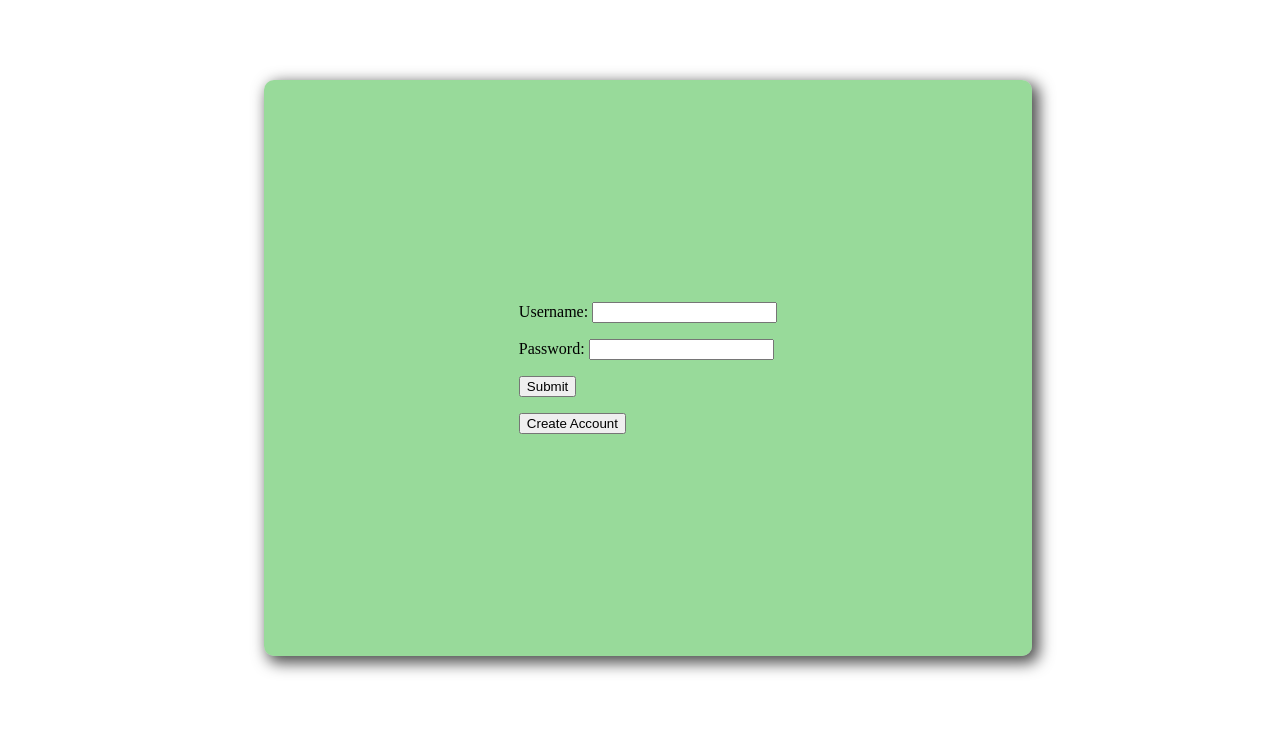
Repository: Jtho28/4830-group-project
Page: Esports-webproj/src/main/webapp/WEB-INF/Login.html
These files come from the project's save history. The page is drawn as it stood at one moment and after the next save; the edit follows.
The browser window is 1280 px wide. The page is 1288 px wide, so the pictures cover 1288 px, including what lies to the right of the window. The pictures show the whole page.

Above is the page before, as saved 2022-11-16 21:05:38.

After the next save:
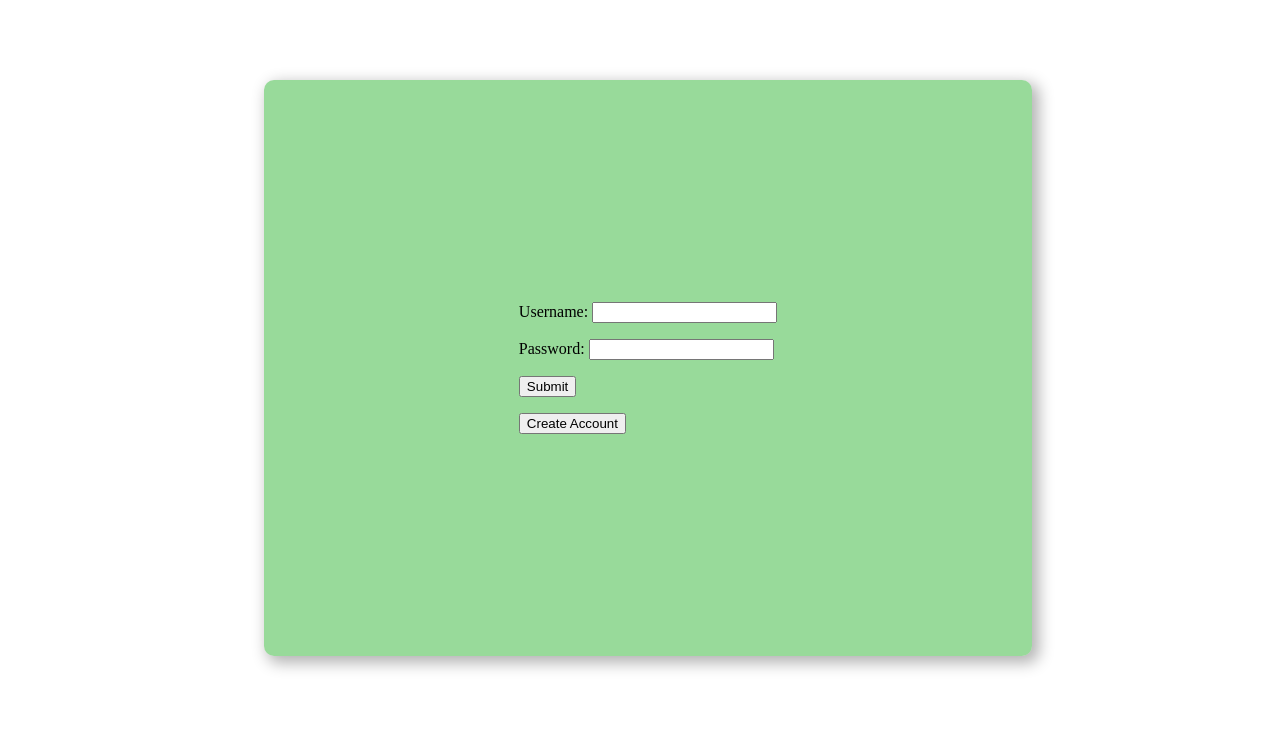
Saved 17 s later.
--- a/Esports-webproj/src/main/webapp/WEB-INF/login.css
+++ b/Esports-webproj/src/main/webapp/WEB-INF/login.css
@@ -20,7 +20,7 @@ body {
 	border-radius: 10px;
 	background: rgba(50, 181, 55, .5);
 	transition: ease all 0.5s;
-	box-shadow: 5px 5px 15px 2px rgba(0,0,0, .7)
+	box-shadow: 5px 5px 15px 2px rgba(0,0,0, .3)
 }
 .login:hover {
 	background: rgba(50, 181, 55, .5);
